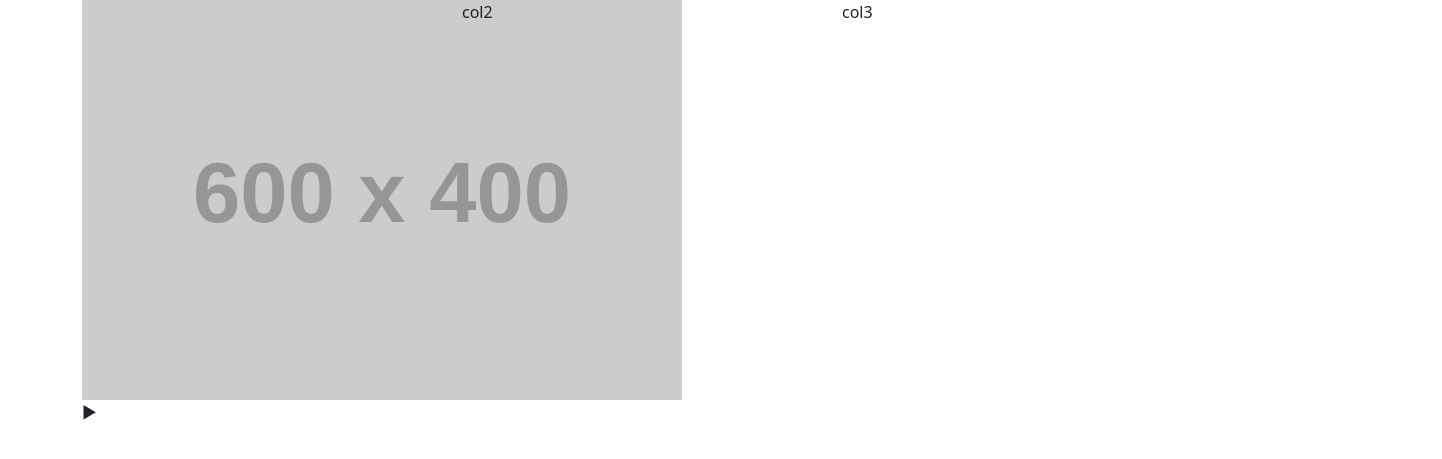
Repository: fbansept/ran4_24
Page: index.html
These files come from the project's save history. The page is drawn as it stood at one moment and after the next save; the edit follows.
The browser window is 1280 px wide. The page is 1280 px wide, then 1442 px, so the pictures cover 1442 px, including what lies to the right of the window. The pictures show the whole page.

Above is the page before, as saved 2024-10-14 11:20:48.

After the next save:
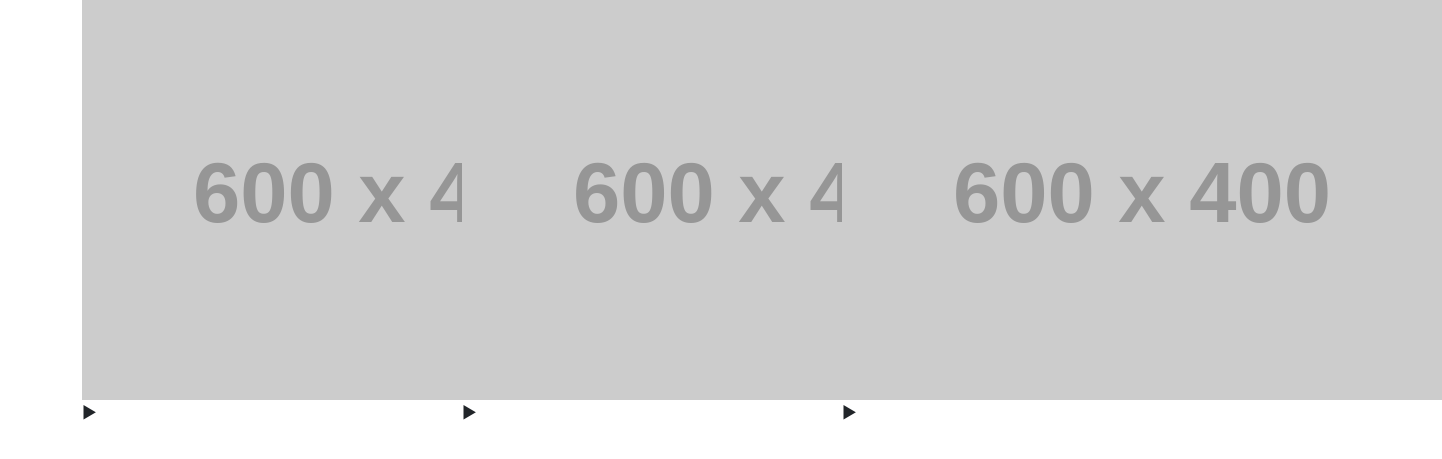
Saved 13 s later.
--- a/index.html
+++ b/index.html
@@ -26,8 +26,18 @@
             <div class="button">▶</div>
           </div>
         </article>
-        <article class="col">col2</article>
-        <article class="col">col3</article>
+        <article class="col">
+          <div>
+            <img src="https://placehold.co/600x400" />
+            <div class="button">▶</div>
+          </div>
+        </article>
+        <article class="col">
+          <div>
+            <img src="https://placehold.co/600x400" />
+            <div class="button">▶</div>
+          </div>
+        </article>
       </div>
     </main>
   </body>
